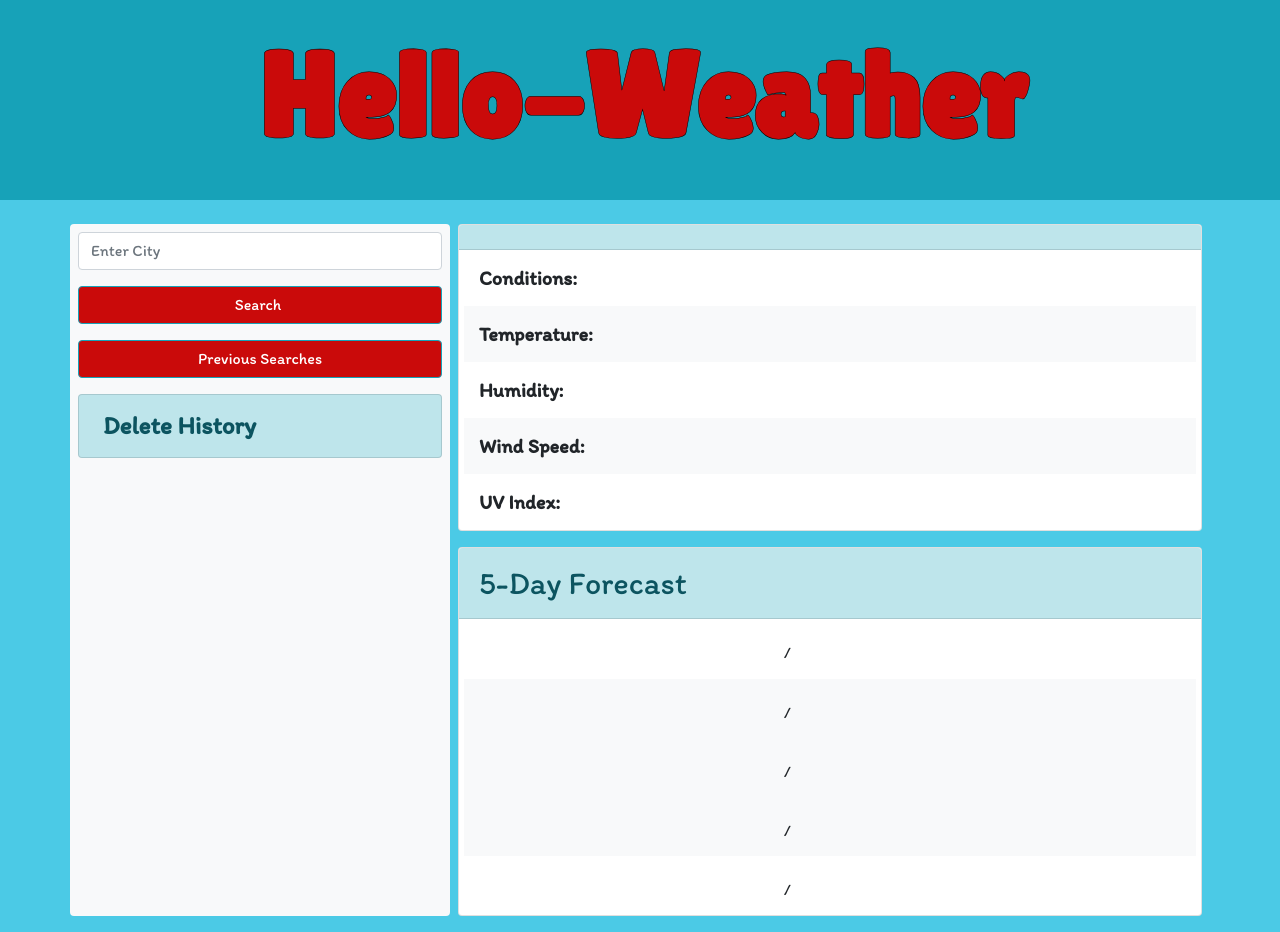
Repository: Jazinha/Hello-kitty-weather
Page: index.html
These files come from the project's save history. The page is drawn as it stood at one moment and after the next save; the edit follows.
The browser window is 1280 px wide. The pictures show the whole page.
Some web libraries are served in a nearby version.

Above is the page before, as saved 2023-02-07 23:37:44.

After the next save:
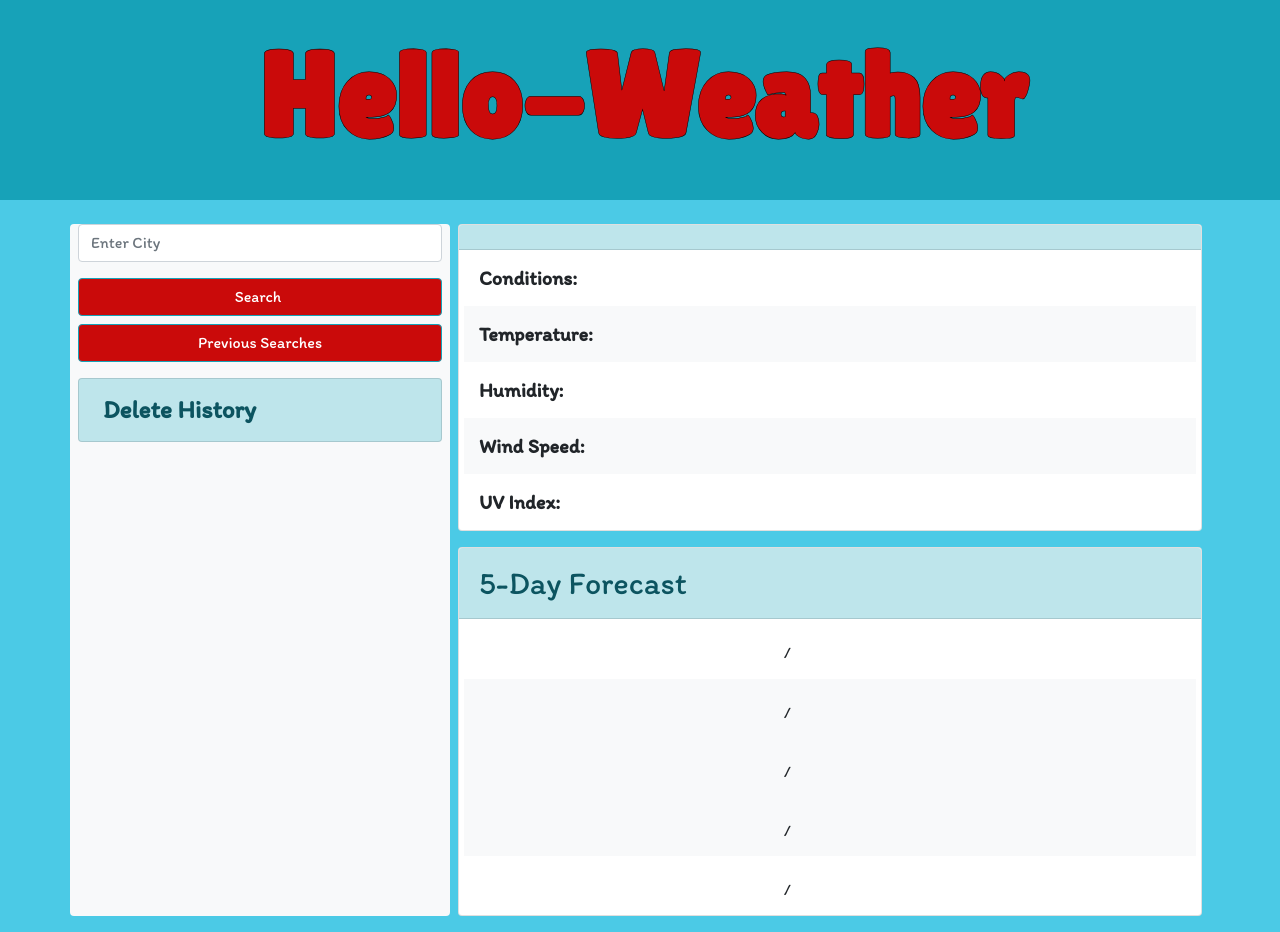
Saved 110 s later.
--- a/index.html
+++ b/index.html
@@ -30,13 +30,12 @@
           <aside class="col-sm-4 bg-light px-2 my-3 rounded">
 
             <!-- Search Input -->
-            <form  id="search-form" class="form-group mt-1 pt-1">
+
               <input id="search" class="form-control" type="text" placeholder="Enter City" aria-label="Search"/>
-              <button id="search-btn" class="btn btn-block btn-info mt-3" type="submit">
+              <button id="search-btn" class="btn btn-block btn-info mt-3" type="button">
                 Search
                 <i class="fas fa-search ml-1"></i>
               </button>
-            </form>
 
             <!-- Previous Searches Button (only visible at smaller breakpoints) -->
             <button id="collapse-search-history" class="btn btn-block btn-info" type="button" data-toggle="collapse" data-target="#search-history" aria-expanded="false" aria-controls="collapseExample">
